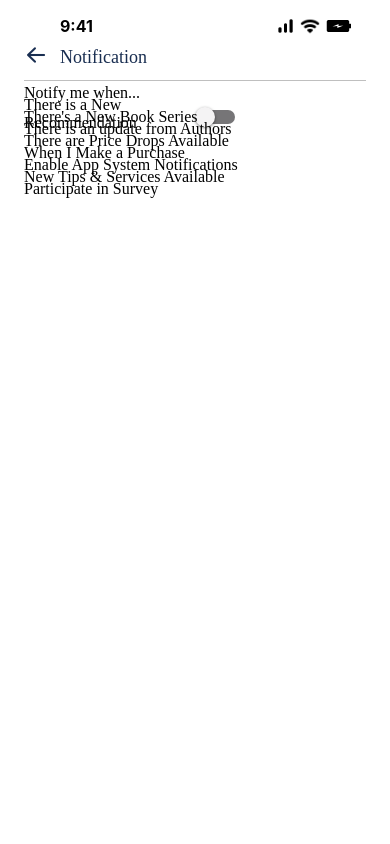
Repository: tnmod/Erabook
Screen: / (app in app/)
The author's editor kept a copy of each file at every save. The screen is drawn from the files as they stood at one save, then again after a run of saves.
The app was drawn by React Native's web renderer in a window 390 px wide. The project was rebuilt for these pictures with package versions that can differ from the ones it lists, and the page was loaded fresh each time. Imported but missing from the stored project, and not drawn on this page: app/src/redux/features/CounterAPI.

Above is the screen before, as saved 2023-05-25 15:49:00.

### app/App.tsx


import React, { useState, Dispatch } from 'react';
import type { PropsWithChildren } from 'react';
import {
  Image,
  SafeAreaView,
  ScrollView,
  StatusBar,
  StyleSheet,
  Text,
  useColorScheme,
  View,
} from 'react-native';

import {
  Colors,
  DebugInstructions,
  Header,
  LearnMoreLinks,
  ReloadInstructions,
} from 'react-native/Libraries/NewAppScreen';
import MainNagivator from './src/Navigator/MainNavigator';
import { NavigationContainer } from '@react-navigation/native';
import { store } from './src/redux/app/store';
import { Provider } from 'react-redux';
import EbookItem from './src/components/Item/EbookItem';
import DetailScreen from './src/screens/detailScreen/DetailScreen';
import Notification from './src/screens/Notification/Notification';





type SectionProps = PropsWithChildren<{
  title: string;
}>;
type Model = {
  name: String;
  age: Number;
}


const StatusBarIOS = () => {
  return (
    <View style={{ width: "100%", height: 42, paddingTop: 10, justifyContent: 'space-between', flexDirection: 'row', backgroundColor: 'white' }}>
      <View style={{ height: "100%", flex: 1, marginHorizontal: 20, justifyContent: 'center', alignItems: 'center', flexDirection: 'row' }}>
        <Text style={{ fontWeight: 'bold', fontSize: 16, color: 'black' }}>9:41</Text>
      </View>
      <View style={{ flex: 3 / 4 }}></View>
      <View style={{ height: "100%", flex: 1, marginHorizontal: 20, justifyContent: 'center', alignItems: 'center', flexDirection: 'row' }}>
        <Image style={{ width: 19, height: 16, margin: 2, resizeMode: 'stretch' }} source={require('./src/assets/statusbar-signal.png')} />
        <Image style={{ width: 22, height: 22, margin: 2 }} source={require('./src/assets/statusbar-wifi.png')} />
        <Image style={{ width: 27, height: 24, margin: 2, resizeMode: 'stretch' }} source={require('./src/assets/statusbar-battery.png')} />
      </View>
    </View>
  )
}


const App: React.FC<Model> = () => {

  return (
    <Provider store={store} >
      <NavigationContainer>
        <SafeAreaView style={{ flex: 1 }}>
          <StatusBarIOS />
          <StatusBar hidden={true} />
          {/* <MainNagivator /> */}
          {/* <EbookItem /> */}
          <Notification/>
        </SafeAreaView>
      </NavigationContainer>
    </Provider>
  );
}

const styles = StyleSheet.create({
  sectionContainer: {
    marginTop: 32,
    paddingHorizontal: 24,
  },
  sectionTitle: {
    fontSize: 24,
    fontWeight: '600',
  },
  sectionDescription: {
    marginTop: 8,
    fontSize: 18,
    fontWeight: '400',
  },
  highlight: {
    fontWeight: '700',
  },
});

export default App;

### app/src/redux/app/store.js
import { configureStore } from "@reduxjs/toolkit";
import CounterReducer from "../features/CounterSilce";


export const store = configureStore({
    reducer:{
        counter: CounterReducer,
    }
})

### app/src/screens/Notification/Notification.tsx
import { StyleSheet, Text, View, Image, ScrollView, TouchableOpacity } from 'react-native'
import React , { useState } from 'react'
import { SafeAreaView } from 'react-native-safe-area-context'
import { Popins } from '../../components/popins'
import Icon from 'react-native-vector-icons/AntDesign'
import { Switch } from '@rneui/themed';

const Notification: React.FC = () => {
    const [isEnabled, setIsEnabled] = useState(false);
    const toggleSwitch = () => setIsEnabled(previousState => !previousState);

  return (
    <ScrollView style={{ backgroundColor: 'white', flex: 1 }}>
      <View style={[styles.container]}>
        <TouchableOpacity style={{ flexDirection: 'row', alignItems: 'center', }}>
          <Icon size={24} name='arrowleft' color={'#192e51'} />
          <Text style={[styles.text500, { marginLeft: 12, fontSize: 18 }]}>Notification</Text>
        </TouchableOpacity>
        <View style={{ width: "100%", height: 0.5, backgroundColor: 'grey', opacity: 0.5, marginVertical: 12 }}></View>
        <View style={[{ marginTop: 12 }]}>
            <View style={[styles.container1]}>
                <Text style={[styles.text3]}>Notify me when...</Text>
            </View>
          <TouchableOpacity style={[styles.container1]}>
            <Text style={[styles.text3]}>There is a New Recommendation</Text>
            <View style={styles.container}>
      <Switch
        trackColor={{false: '#767577', true: '#81b0ff'}}
        thumbColor={isEnabled ? '#f5dd4b' : '#f4f3f4'}
        ios_backgroundColor="#3e3e3e"
        onValueChange={toggleSwitch}
        value={isEnabled}
      />
    </View>
          </TouchableOpacity>
          <TouchableOpacity style={[styles.container1]}>
            <Text style={[styles.text3]}>There's a New Book Series</Text>
          </TouchableOpacity>
          <TouchableOpacity style={[styles.container1]}>
            <Text style={[styles.text3]}>There is an update from Authors</Text>
          </TouchableOpacity>
          <TouchableOpacity style={[styles.container1]}>
            <Text style={[styles.text3]}>There are Price Drops Available</Text>
          </TouchableOpacity>
          <TouchableOpacity style={[styles.container1]}>
            <Text style={[styles.text3]}>When I Make a Purchase</Text>
          </TouchableOpacity>
          <TouchableOpacity style={[styles.container1]}>
            <Text style={[styles.text3]}>Enable App System Notifications</Text>
          </TouchableOpacity>
          <TouchableOpacity style={[styles.container1]}>
            <Text style={[styles.text3]}>New Tips & Services Available</Text>
          </TouchableOpacity>
          <TouchableOpacity style={[styles.container1]}>
            <Text style={[styles.text3]}>Participate in Survey</Text>
          </TouchableOpacity>
        </View>
      </View>
    </ScrollView>
  )
}



export default Notification

const styles = StyleSheet.create({

  container: {
    flex: 1,
    paddingHorizontal: 24,
    backgroundColor: 'white',
  },
  container1: {
    flex: 0,
    flexDirection: 'row',
    alignItems: 'center',
    marginBottom: 12,
  },

  text1: {
    fontSize: 20,
    fontWeight: '700',
    color: 'black',
    justifyContent: 'space-between',
  },
  text3: {
    flex: 1,
    fontSize: 16,
    fontFamily: Popins[400],
    color: 'black',
    justifyContent: 'space-between',
    height: 42,
    textAlignVertical: 'center'
  },
  img: {
    width: 24,
    height: 24
  },


  color: {
    color: '#192e51',
  },
  textCenter: {
    textAlign: 'center',
    textAlignVertical: 'center'
  },
  text400: {
    color: '#192e51',
    fontFamily: Popins[400],
    top: 1.8,
  },
  text500: {
    color: '#192e51',
    fontFamily: Popins[500],
    top: 2,
  },
  text700: {
    color: '#192e51',
    fontFamily: Popins[700],
    top: 2.1,
  },
  center: {
    alignItems: 'center'
  },

})

### app/src/redux/features/CounterSilce.js
import { createAsyncThunk, createSlice } from '@reduxjs/toolkit';
import { fetchCount } from './CounterAPI';

const initialState = {
    value: 0,
    status: 'idle',
};

export const incrementAsync = createAsyncThunk(
    'counter/fetchCount',
    async amount => {
        const response = await fetchCount(amount);
        return response.data;
    },
);

export const counterSlice = createSlice({
    name: 'counter',
    initialState,
    reducers: {
        increment: state => {
            state.value += 1;
        },
        decrement: state => {
            state.value -= 1;
        },
        incrementByAmount: (state, action) => {
            state.value += action.payload;
        },
    },
    extraReducers: builder => {
        builder
            .addCase(incrementAsync.pending, state => {
                state.status = 'loading';
            })
            .addCase(incrementAsync.fulfilled, (state, action) => {
                state.status = 'idle';
                state.value += action.payload;
            });
    },
});

export const { increment, decrement, incrementByAmount } = counterSlice.actions;

export const selectCount = state => state.counter.value;

export const incrementIfOdd = amount => (dispatch, getState) => {
    const currentValue = selectCount(getState());
    if (currentValue % 2 === 1) {
        dispatch(incrementByAmount(amount));
    }
};

export default counterSlice.reducer;

### app/src/components/popins.js

const Popins = {
    '400': 'Poppins-Regular',
    '500': 'Poppins-Medium',
    '600': 'Poppins-SemiBold',
    '700': 'Poppins-Bold',
    '800': 'Poppins-ExtraBold',
    '900': 'Poppins-Black',
}

export { Popins }

After the next 2 saves:
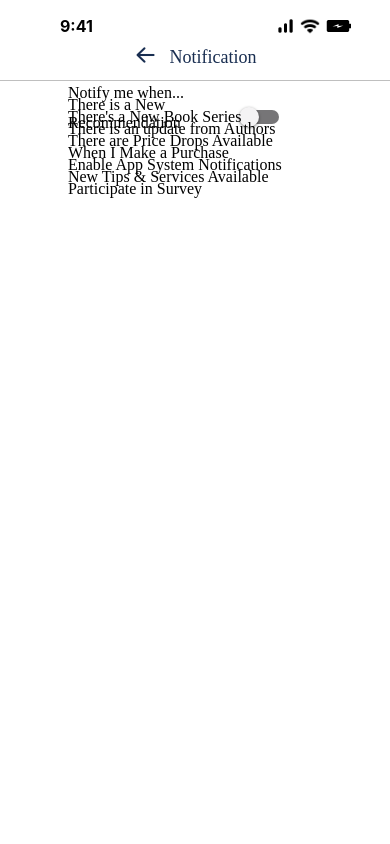
The 2 saves are shown as one change because they came seconds apart.
The last was saved 31 s later.
--- a/app/src/screens/Notification/Notification.tsx
+++ b/app/src/screens/Notification/Notification.tsx
@@ -77,6 +77,11 @@
     alignItems: 'center',
     marginBottom: 12,
   },
+  container: {
+    flex: 1,
+    alignItems: 'center',
+    justifyContent: 'center',
+  },
 
   text1: {
     fontSize: 20,

After the save that followed:
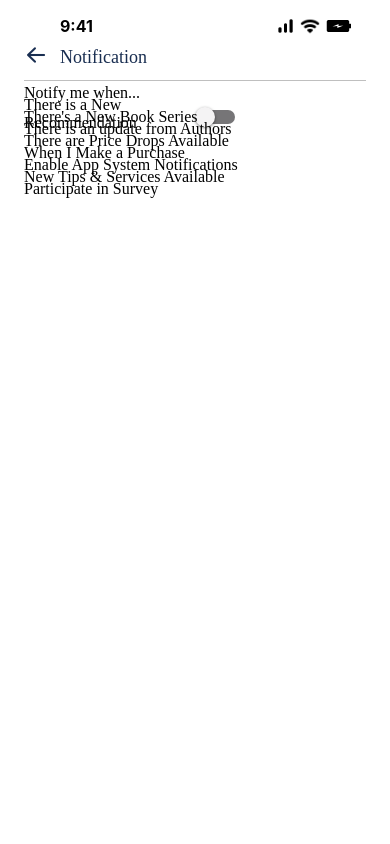
Saved 4 s later.
--- a/app/src/screens/Notification/Notification.tsx
+++ b/app/src/screens/Notification/Notification.tsx
@@ -77,7 +77,7 @@
     alignItems: 'center',
     marginBottom: 12,
   },
-  container: {
+  container3: {
     flex: 1,
     alignItems: 'center',
     justifyContent: 'center',
